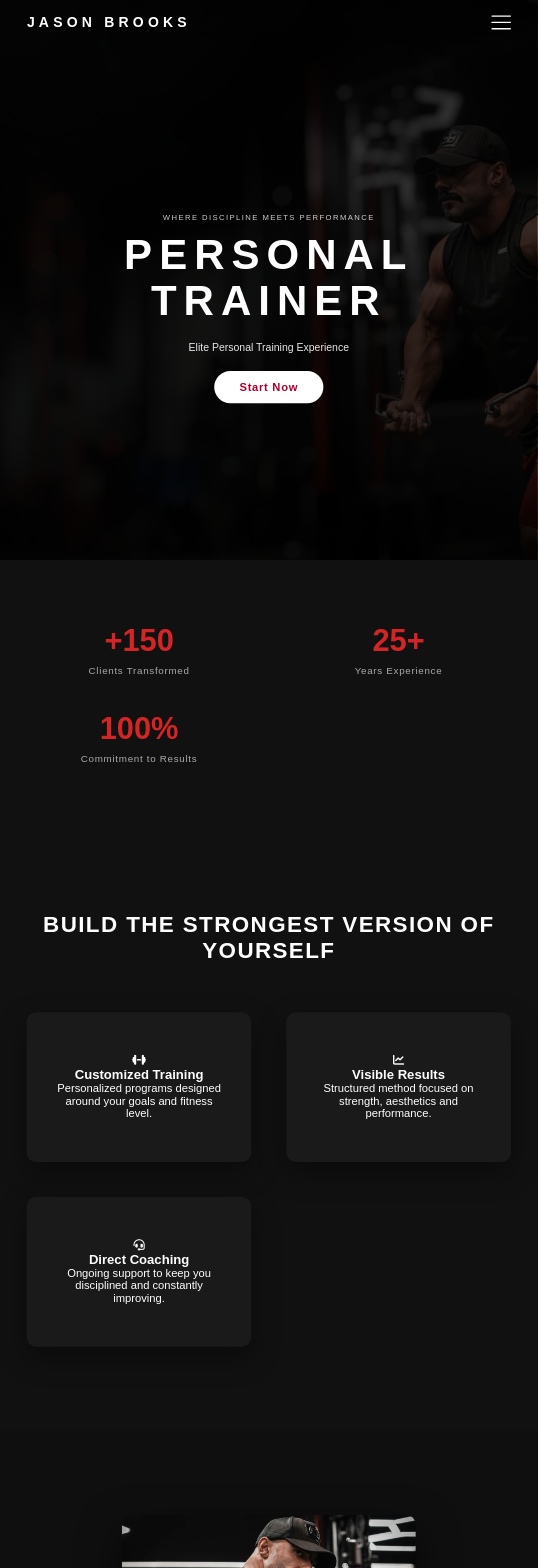
Repository: davidfsillva/Jason-Brooks
Page: index.html
The author's editor kept a copy of each file at every save. The page is drawn from the files as they stood at one save, then again after the next save.
The browser window is 768 px wide. The pictures show the part of the page from y = 0 to 2240 px (the page is 3911 px tall before and 3912 px after), at 70% of full size.
Some web fonts or font styles are not loaded; a fallback is used.

Above is the page before, as saved 2026-02-21 16:59:24.

After the next save:
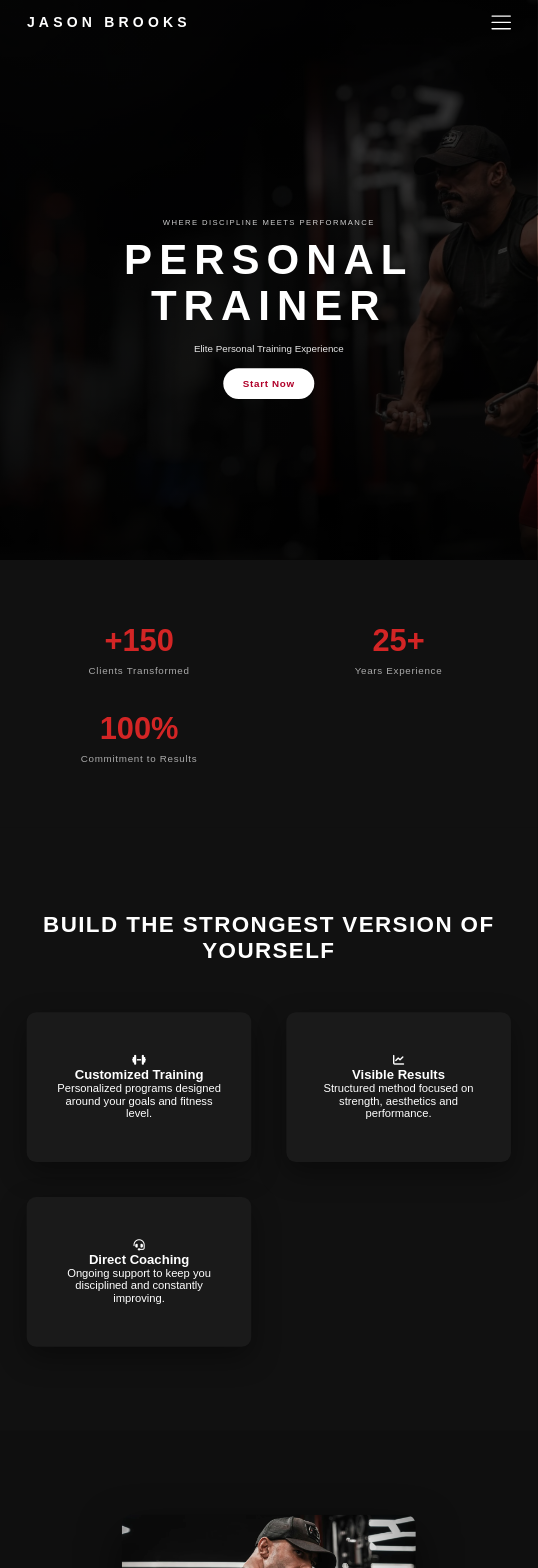
Saved 14 s later.
--- a/style.css
+++ b/style.css
@@ -573,6 +573,16 @@ section {
         letter-spacing: 2px;
     }
 
+       .hero-sub {
+        font-size: 14px;
+        margin: 20px 0;
+    }
+
+    .btn-primary {
+        padding: 14px 28px;
+        font-size: 14px;
+    }
+
     .hero h1 {
         font-size: 60px;
         letter-spacing: 10px;
